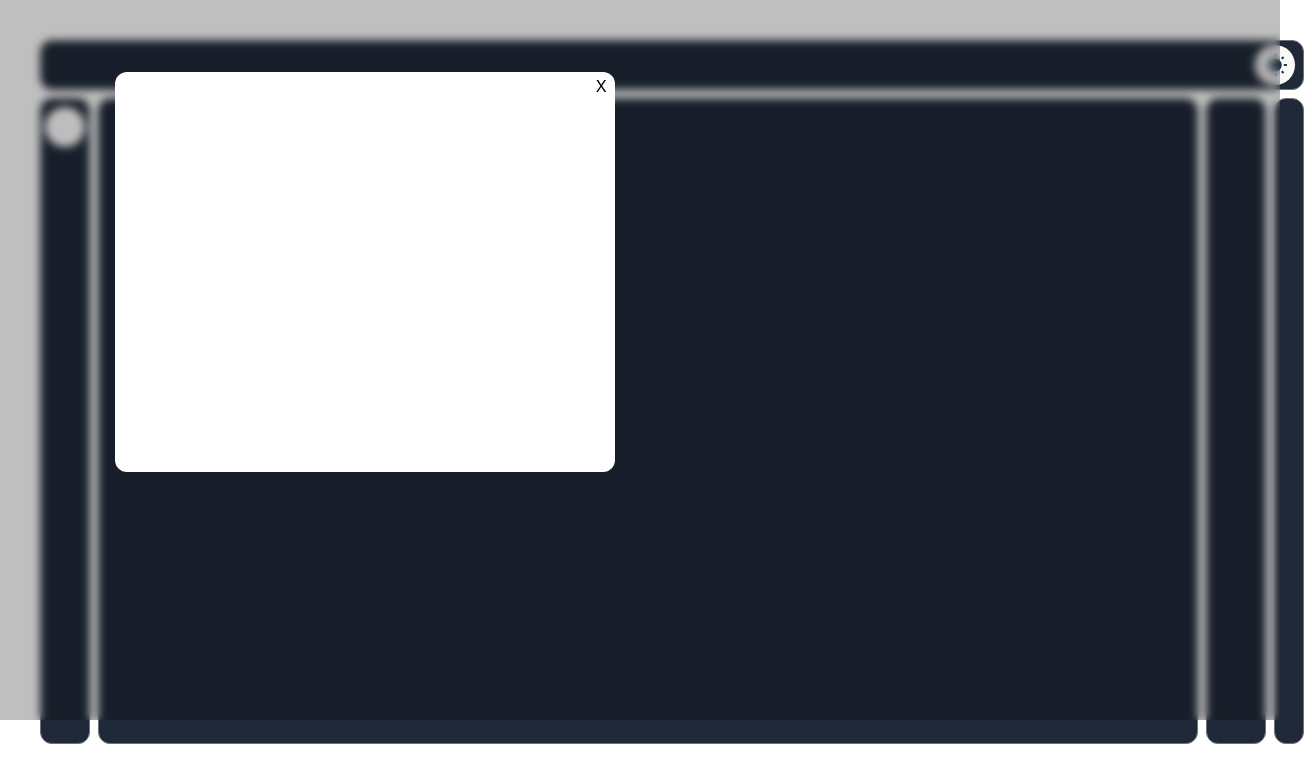
Repository: Wuiserous/Todo-App
Page: /, after clicking the first element matching `button.w-10`
The author's editor kept a copy of each file at every save. The page is drawn from the files as they stood at one save, then again after a run of saves.
The browser window is 1280 px wide. The page is 1312 px wide, so the pictures cover 1312 px, including what lies to the right of the window. The pictures show the whole page.
The project was rebuilt for these pictures with package versions that can differ from the ones it lists, and the page was loaded fresh each time. Also part of the build but not shown: vite.config.js.

Above is the page before, as saved 2024-11-10 12:42:44.

### src/index.css
/* src/index.css */
@tailwind base;
@tailwind components;
@tailwind utilities;

:root {
  font-family: Inter, system-ui, Avenir, Helvetica, Arial, sans-serif;
  line-height: 1.5;
  font-weight: 400;

  color-scheme: light dark;
  color: rgba(255, 255, 255, 0.87);
  background-color: black;

  font-synthesis: none;
  text-rendering: optimizeLegibility;
  -webkit-font-smoothing: antialiased;
  -moz-osx-font-smoothing: grayscale;
}

a {
  font-weight: 500;
  color: #646cff;
  text-decoration: inherit;
}
a:hover {
  color: #535bf2;
}

h1 {
  font-size: 3.2em;
  line-height: 1.1;
}


button:hover {
  border-color: #646cff;
}
button:focus,
button:focus-visible {
  outline: 4px auto -webkit-focus-ring-color;
}

@media (prefers-color-scheme: light) {
  :root {
    color: #213547;
    background-color: #ffffff;
  }
  a:hover {
    color: #747bff;
  }
  button {
    background-color: #f9f9f9;
  }
}

### src/App.jsx
import { useState } from 'react'
import './App.css'
import { MdWbSunny } from "react-icons/md";
import { AiFillMoon } from "react-icons/ai";
import { IoMdAddCircle } from "react-icons/io";
import ToolBar from './components/ToolBar'
import NavBar from './components/NavBar'
import TaskSpace from './components/TaskSpace'
import Modal from './components/Modal'
import ProgressSpace from './components/ProgressSpace'
import MotivationSpace from './components/MotivationSpace'

function App() {
  const [darkMode, setDarkMode] = useState(false)
  const [showModal, setShowModal] = useState(false)
  const hideModal = () => setShowModal(false)
  return (
    <div className='w-[100vw] overflow-hidden p-2 gap-2 h-[100vh] grid grid-cols-[50px_1100px_60px_1fr] grid-rows-[50px_1fr_1fr_1fr]'>
      <ToolBar bgColor={darkMode?'bg-gray-100' : 'bg-gray-800'} Button={<button className="w-10 focus:outline-none h-10 rounded-full flex items-center justify-center" onClick={() => setShowModal(true)}><IoMdAddCircle className={`${darkMode ? 'text-black' : 'text-white'}`} size={40} /></button>} />
      <NavBar Button={<button className="w-10 h-10 focus:outline-none rounded-full flex items-center justify-center" onClick={() => setDarkMode(!darkMode)}>{darkMode ? <AiFillMoon className='text-black' size={25} /> : <MdWbSunny size={25} />}</button>} bgColor={darkMode?'bg-gray-100' : 'bg-gray-800' }/>
      <TaskSpace bgColor={darkMode?'bg-gray-100' : 'bg-gray-800' } />
      <ProgressSpace bgColor={darkMode?'bg-gray-100' : 'bg-gray-800' } />
      <MotivationSpace bgColor={darkMode?'bg-gray-100' : 'bg-gray-800' } />
      <Modal Show={showModal} hide={hideModal} />
    </div>
  )
}

export default App

### src/components/ToolBar.jsx
export default function ToolBar(props) {
    return (
      <div className={`border ${props.bgColor} border-gray-500 p-2 flex justify-center rounded-xl col-span-1 row-start-2 row-end-5`}>
        {props.Button}
      </div>
    )
}

### src/components/NavBar.jsx
import { useState } from 'react'

export default function NavBar(props) {
    return (
      <div className={`rounded-xl col-span-4 border ${props.bgColor} border-gray-500 flex items-center justify-end p-2`}>
        {props.Button}
      </div>
    )
}

### src/components/TaskSpace.jsx
export default function TaskSpace(props) {
    return (
      <div className={`rounded-xl col-start-2 row-start-2 row-end-5 border ${props.bgColor} border-gray-500`}></div>
    )
}

### src/components/Modal.jsx
import { useState, useEffect } from "react";

export default function Modal(props) {
    const [isVisible, setIsVisible] = useState(false);

    useEffect(() => {
        if (props.Show) {
            // Trigger animation when modal is shown
            setIsVisible(true);
        } else {
            // Reset visibility state when modal is hidden
            setIsVisible(false);
        }
    }, [props.Show]);

    if (!props.Show) return null;

    const hide = (e) => {
        if (e.target.id === "wrapper") props.hide();
    };

    return (
      <div
        className="fixed inset-0 bg-black bg-opacity-25 backdrop-blur-sm"
        id="wrapper"
        onClick={hide}
      >
        <div
          className={`relative w-[500px] top-[10%] left-[9%] h-[400px] bg-white rounded-xl flex flex-col justify-center items-center text-black transform transition-all duration-500 ${
            isVisible ? "scale-100 opacity-100" : "scale-50 opacity-0"
          }`}
        >
          <button
            onClick={props.hide}
            className="absolute top-1 right-1 w-5 h-5 p-2 flex items-center justify-center rounded-full focus:outline-none bg-transparent text-black"
          >
            X
          </button>
        </div>
      </div>
    );
}

### src/components/ProgressSpace.jsx
export default function ProgressSpace(props) {
    return (
      <div className={`rounded-xl row-start-2 row-end-5 col-start-3 col-end-4 border ${props.bgColor} border-gray-500`}></div>
    )
}

### src/components/MotivationSpace.jsx
export default function MotivationSpace(props) {
    return (
      <div className={`rounded-xl row-start-2 row-end-5 col-start-4 col-end-4 col-span-3 border ${props.bgColor} border-gray-500`}></div>
    )
}

Loaded but not shown: src/main.jsx (common file); src/App.css (common file); tailwind.config.js (common file)

After the next 2 saves:
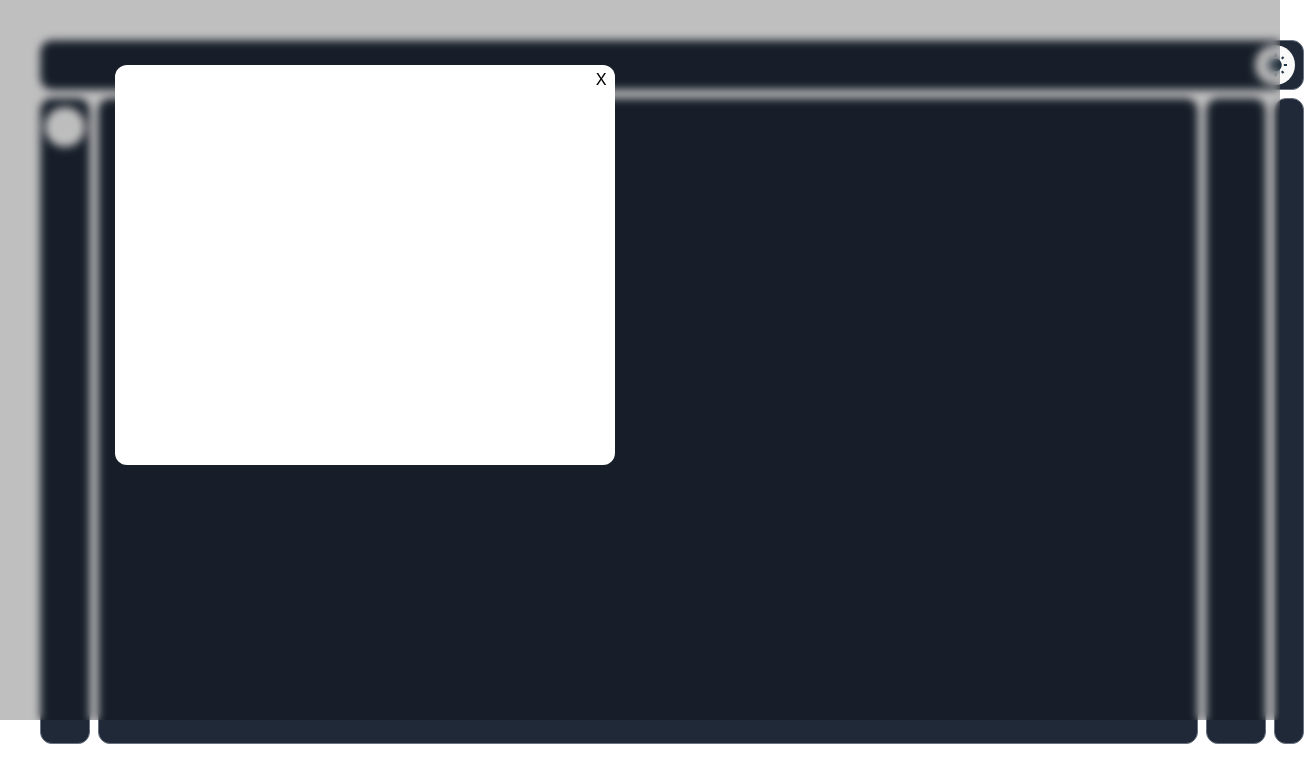
The 2 saves are shown as one change because they came seconds apart.
The last was saved 6 s later.
--- a/src/components/Modal.jsx
+++ b/src/components/Modal.jsx
@@ -26,7 +26,7 @@ export default function Modal(props) {
         onClick={hide}
       >
         <div
-          className={`relative w-[500px] top-[10%] left-[9%] h-[400px] bg-white rounded-xl flex flex-col justify-center items-center text-black transform transition-all duration-500 ${
+          className={`relative w-[500px] top-[9%] left-[9%] h-[400px] bg-white rounded-xl flex flex-col justify-center items-center text-black transform transition-all duration-500 ${
             isVisible ? "scale-100 opacity-100" : "scale-50 opacity-0"
           }`}
         >
